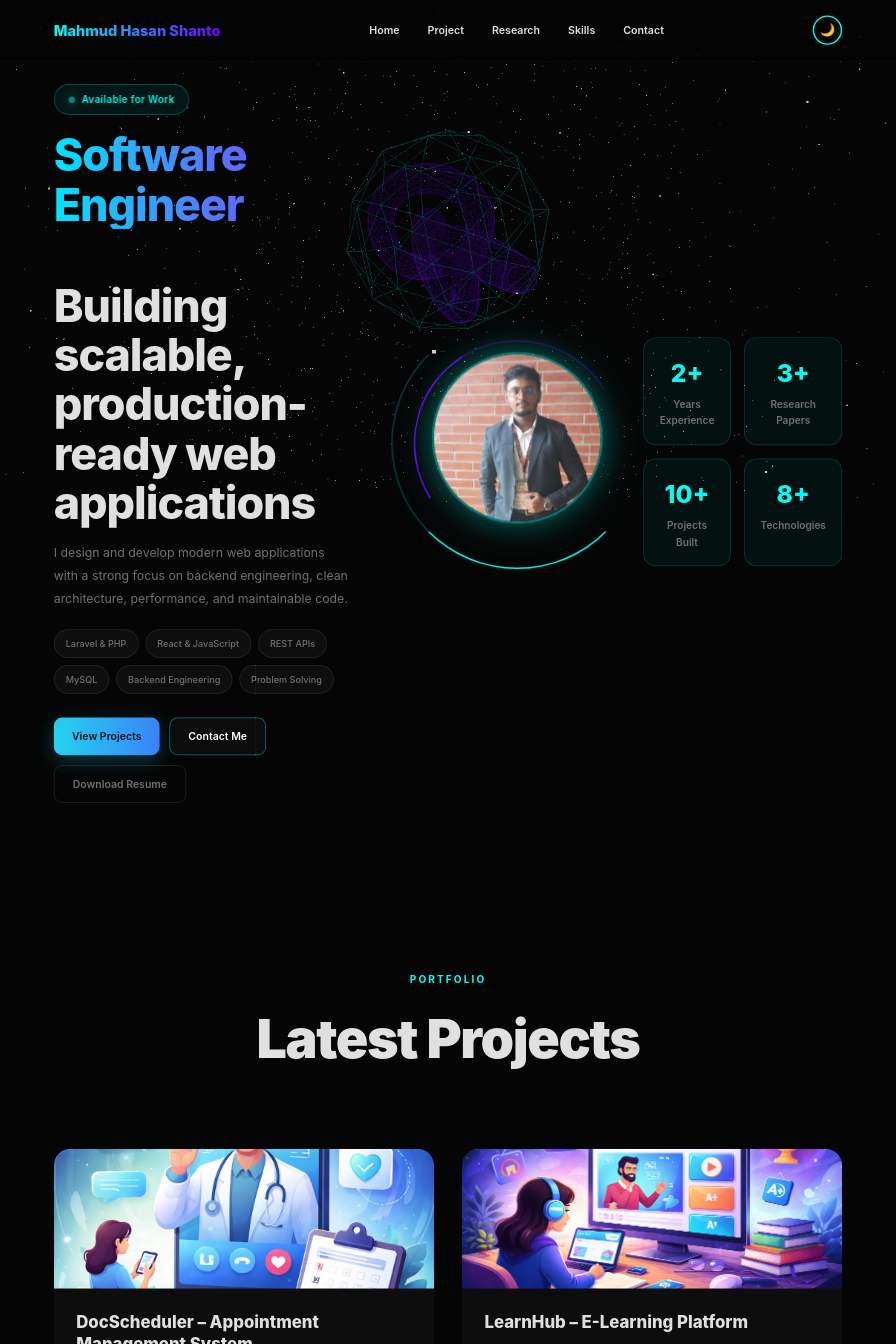
Repository: CoderShanto/Portfolio-Website
Page: index.html
An editor plug-in stored every save of this project. The page is shown before and after the next save, followed by the edit.
The browser window is 1280 px wide. The pictures show the part of the page from y = 0 to 1920 px (the page is 6463 px tall before and 6184 px after), at 70% of full size.

Above is the page before, as saved 2026-03-31 03:53:22.

After the next save:
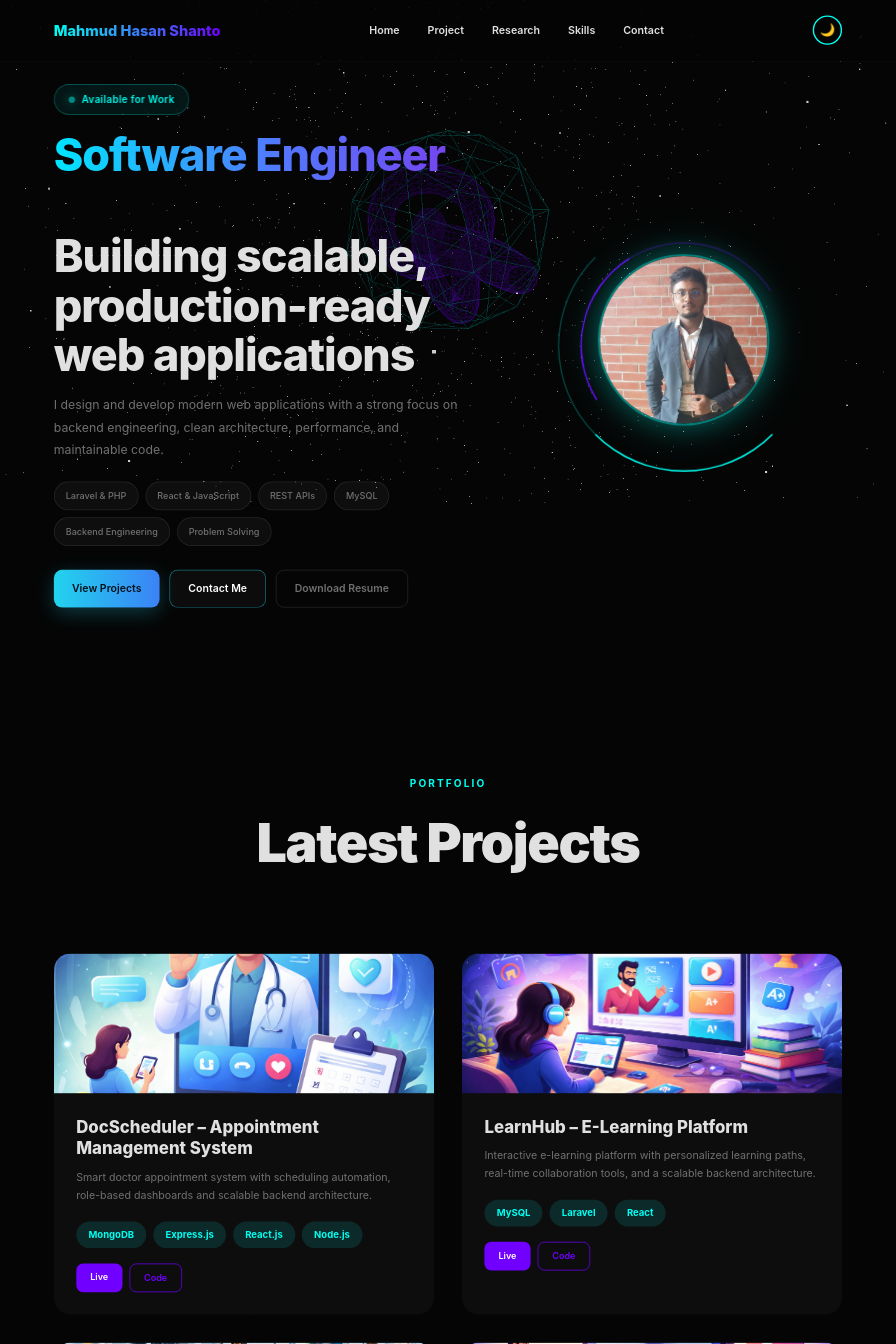
Saved 9 min 58 s later.
--- a/index.html
+++ b/index.html
@@ -74,24 +74,6 @@
                 </div>
             </div>
 
-        </div>
-        <div class="profile-stats">
-            <div class="stat-card">
-                <div class="stat-number">2+</div>
-                <div class="stat-label">Years Experience</div>
-            </div>
-            <div class="stat-card">
-                <div class="stat-number">3+</div>
-                <div class="stat-label">Research Papers</div>
-            </div>
-            <div class="stat-card">
-                <div class="stat-number">10+</div>
-                <div class="stat-label">Projects Built</div>
-            </div>
-            <div class="stat-card">
-                <div class="stat-number">8+</div>
-                <div class="stat-label">Technologies</div>
-            </div>
         </div>
     </section>
 
